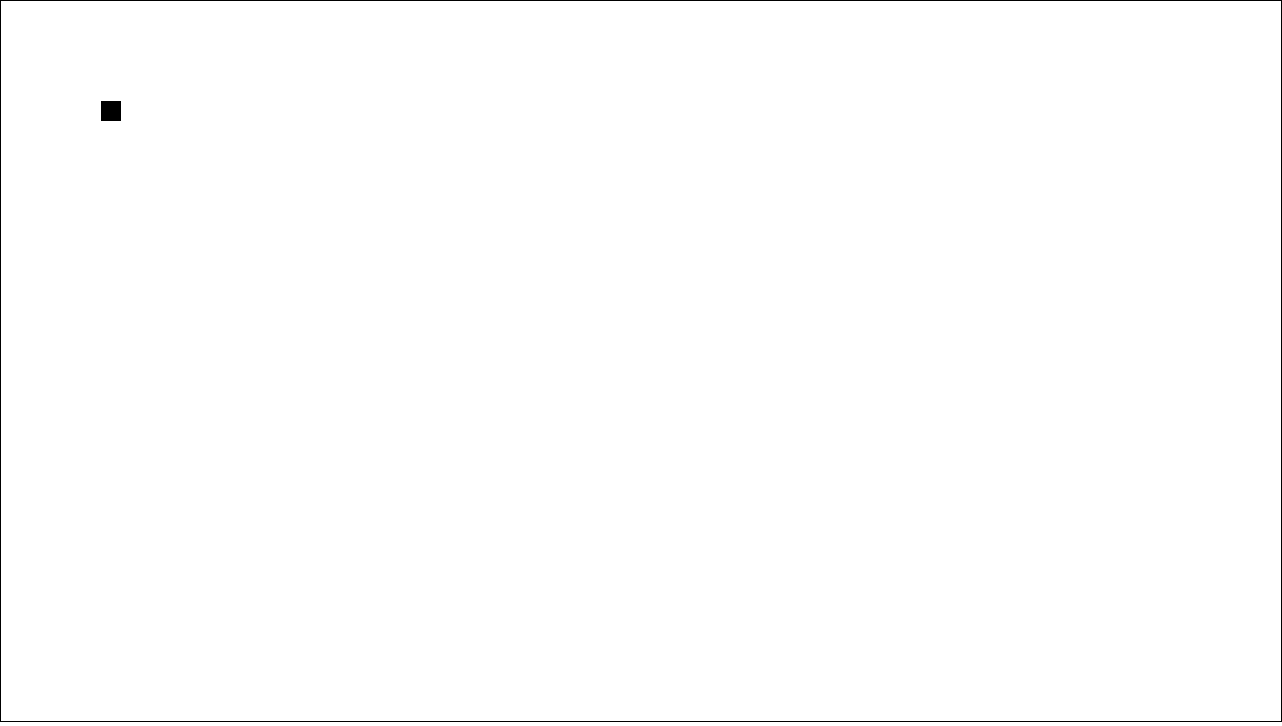
Repository: msminsu/study-canvas
Page: canvas/index.html
These files come from the project's save history. The page is drawn as it stood at one moment and after the next save; the edit follows.
The browser window is 1280 px wide. The page is 1282 px wide, so the pictures cover 1282 px, including what lies to the right of the window. The pictures show the whole page.

Above is the page before, as saved 2018-11-23 10:41:59.

### canvas/index.html
<!DOCTYPE html>
<html lang="en">
<head>
    <meta charset="UTF-8">
    <title>Document</title>
    <style>
        body{
            margin: 0;
        }
        canvas{
            width:100%;
            height: 100vh;
            border:1px solid black

        }
    </style>
</head>
<body>
    <canvas></canvas>
</body>
<script>
var canvas = document.querySelector('canvas');
canvas.width = window.innerWidth;
canvas.height = window.innerHeight;

    var c = canvas.getContext('2d');

    c.fillRect(100,100, 20, 20);
    console.log(canvas);


</script>
</html>

After the next save:
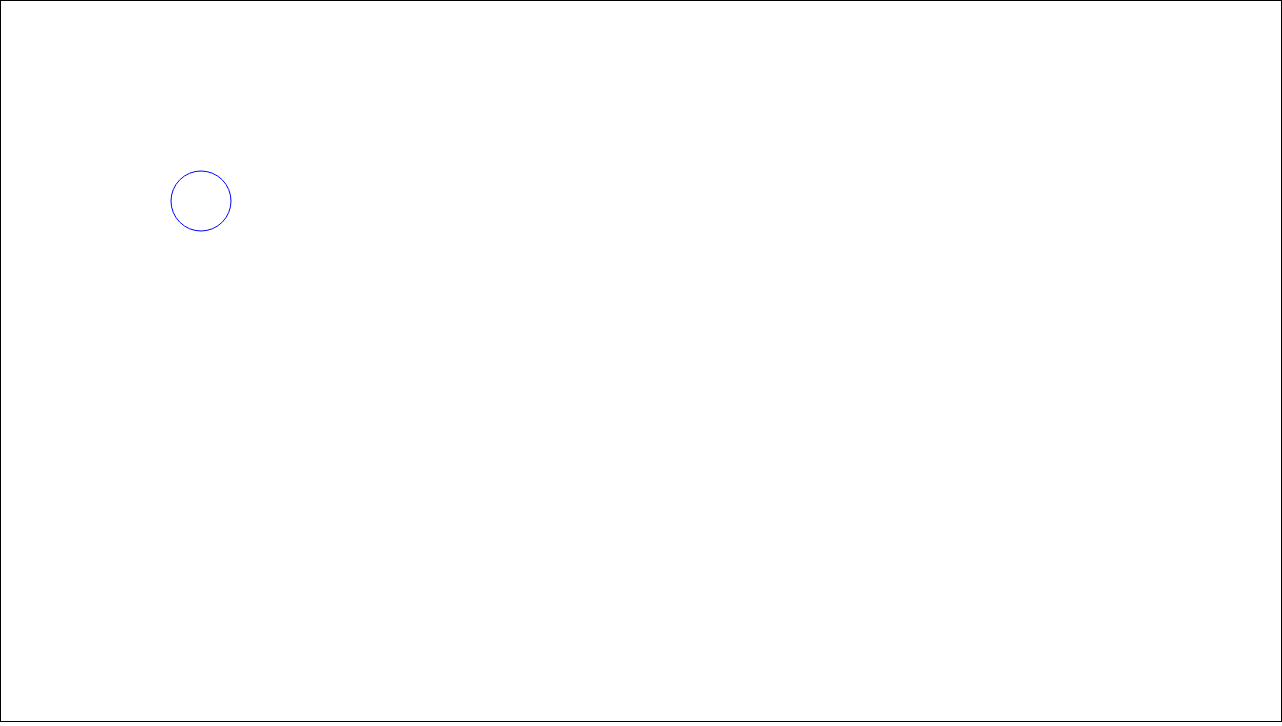
Saved 80 s later.
--- a/canvas/index.html
+++ b/canvas/index.html
@@ -19,14 +19,19 @@
     <canvas></canvas>
 </body>
 <script>
-var canvas = document.querySelector('canvas');
-canvas.width = window.innerWidth;
-canvas.height = window.innerHeight;
+    var canvas = document.querySelector('canvas');
+    canvas.width = window.innerWidth;
+    canvas.height = window.innerHeight;
 
     var c = canvas.getContext('2d');
 
-    c.fillRect(100,100, 20, 20);
-    console.log(canvas);
+    // c.fillRect(100,100, 20, 20);
+
+    c.beginPath();
+    c.arc(200,200,30, 0, Math.PI * 2, false);
+    c.strokeStyle = 'blue';
+    c.stroke();
+
 
 
 </script>
